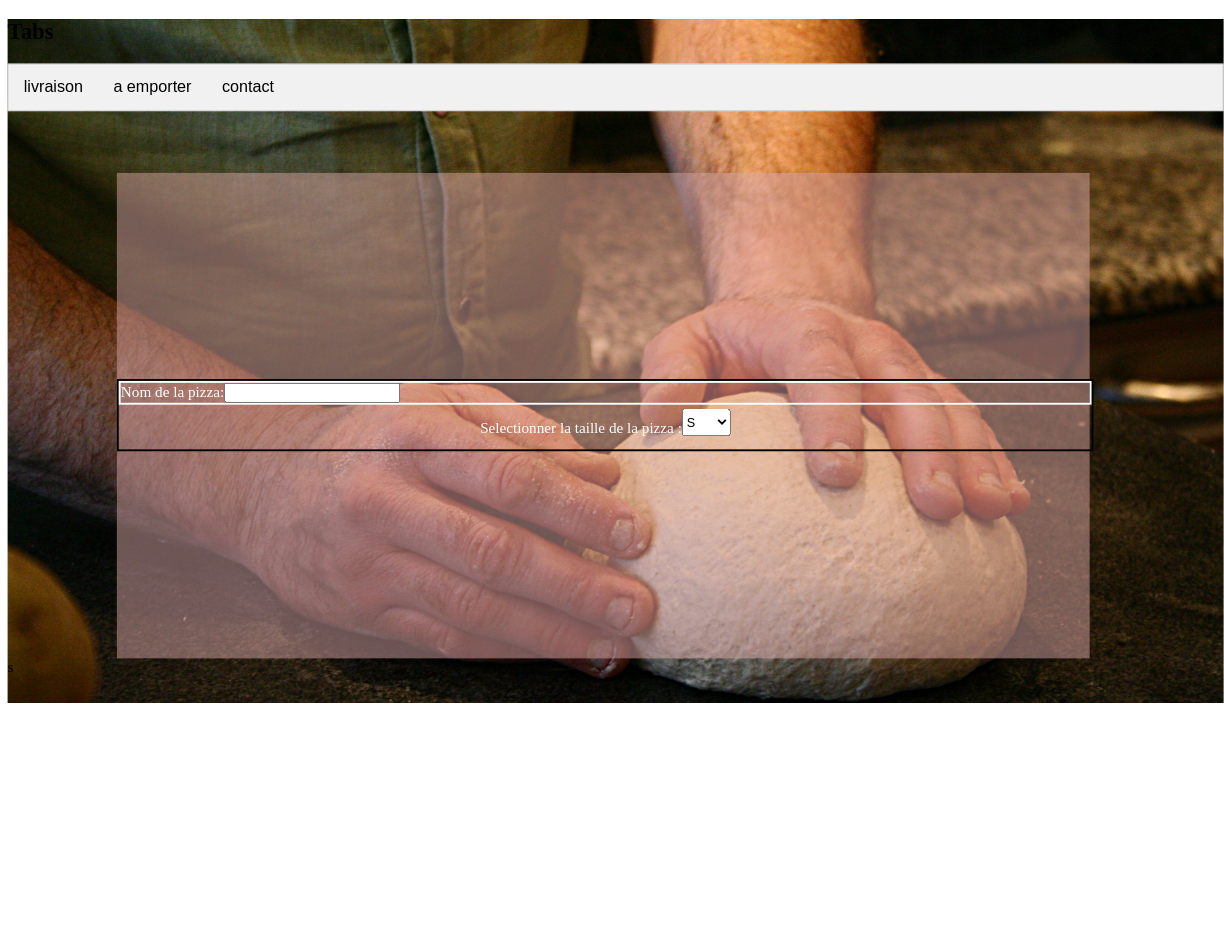
Repository: dev84-unalien/pippo_pizza
Page: admin.html
These files come from the project's save history. The page is drawn as it stood at one moment and after the next save; the edit follows.
The browser window is 1280 px wide. The page is 1288 px wide, so the pictures cover 1288 px, including what lies to the right of the window. The pictures show the whole page, at 95% of full size.

Above is the page before, as saved 2019-09-10 11:42:08.

After the next save:
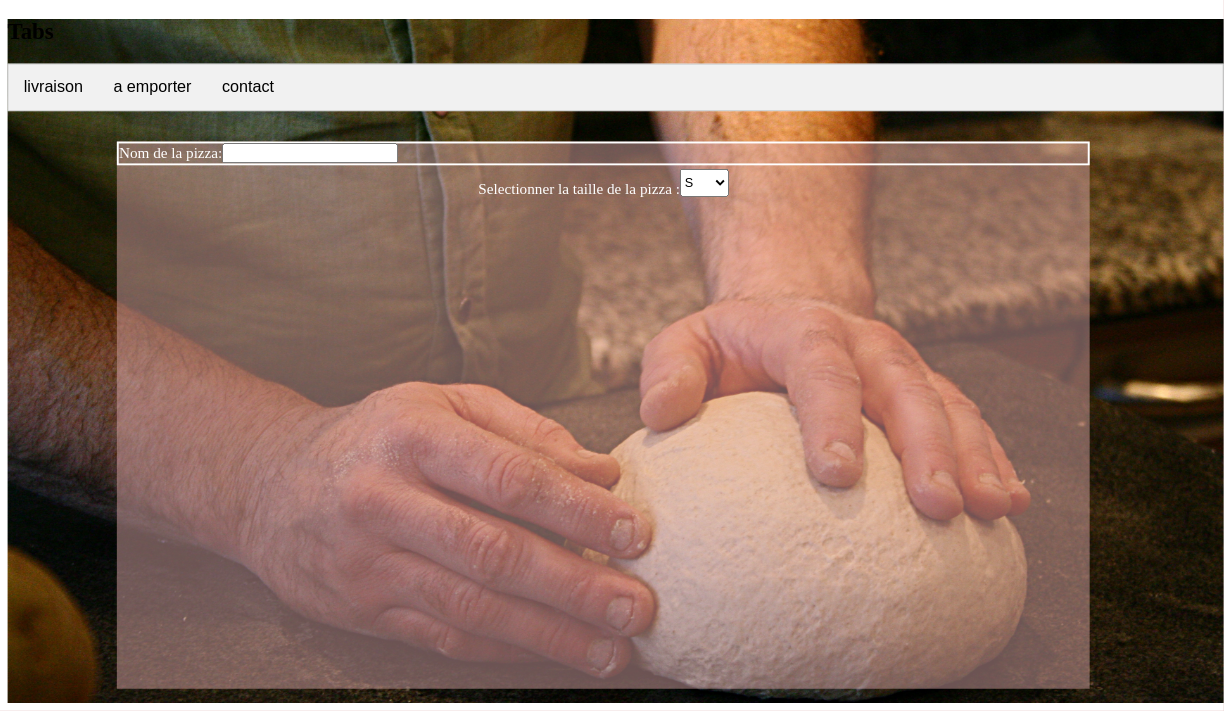
Saved 99 s later.
--- a/admin.html
+++ b/admin.html
@@ -40,8 +40,7 @@
 
          <div id="body">
             <div id="Gcadre">
-            <div id="categorie1">
-                 <div id="Nom">Nom de la pizza:<input></input></div>
+                 <div id="Nom">Nom de la pizza:<input id="écriture"></input></div>
                   <div id="Taille">
                   <p>Selectionner la taille de la pizza :</p>
                    <select >
@@ -61,4 +60,4 @@
     </div>
 </body>
 
-</html>s
+</html>
